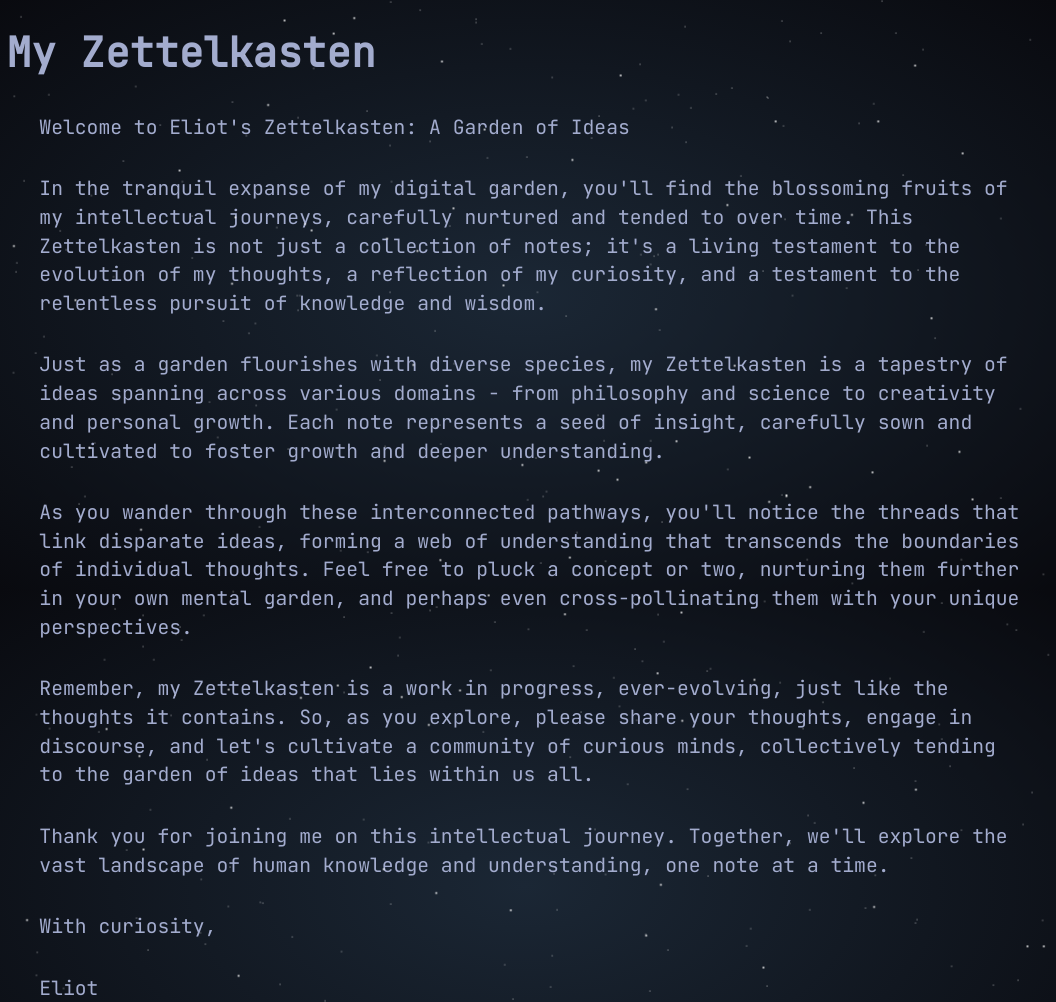
Repository: EliotKhachi/publicZk
Page: zettelkasten.html
The author's editor kept a copy of each file at every save. The page is drawn from the files as they stood at one save, then again after the next save.
The browser window is 1280 px wide. The page is 1288 px wide, so the pictures cover 1288 px, including what lies to the right of the window. The pictures show the whole page, at 82% of full size.

Above is the page before, as saved 2023-10-01 17:35:52.

### zettelkasten.html
<!DOCTYPE html>
<html lang="en">
  <head>
    <meta charset="UTF-8" />
    <meta name="viewport" content="width=device-width, initial-scale=1.0" />
    <meta http-equiv="X-UA-Compatible" content="ie=edge" />
    <title>Eliot Khachi</title>
    <link rel="stylesheet" type="text/css" href="./zettelkasten.css" />
    <link
      href="https://fonts.googleapis.com/css2?family=JetBrains+Mono:wght@400&display=swap"
      rel="stylesheet"
    />
  </head>
  <body>
    <div class="wrapper">
      <div id="stars"></div>
      <div id="stars2"></div>
      <div id="stars3"></div>
    </div>
    <div class="parent">
      <h1 id="title">My Zettelkasten</h1>
      <div class="container">
        <p>
          Welcome to Eliot's Zettelkasten: A Garden of Ideas</p>

<p>In the tranquil expanse of my digital garden, you'll find the blossoming fruits of my intellectual journeys, carefully nurtured and tended to over time. This Zettelkasten is not just a collection of notes; it's a living testament to the evolution of my thoughts, a reflection of my curiosity, and a testament to the relentless pursuit of knowledge and wisdom.</p>


<p>Just as a garden flourishes with diverse species, my Zettelkasten is a tapestry of ideas spanning across various domains - from philosophy and science to creativity and personal growth. Each note represents a seed of insight, carefully sown and cultivated to foster growth and deeper understanding.</p>


<p>As you wander through these interconnected pathways, you'll notice the threads that link disparate ideas, forming a web of understanding that transcends the boundaries of individual thoughts. Feel free to pluck a concept or two, nurturing them further in your own mental garden, and perhaps even cross-pollinating them with your unique perspectives.</p>

<p>Remember, my Zettelkasten is a work in progress, ever-evolving, just like the thoughts it contains. So, as you explore, please share your thoughts, engage in discourse, and let's cultivate a community of curious minds, collectively tending to the garden of ideas that lies within us all.</p>

<p>Thank you for joining me on this intellectual journey. Together, we'll explore the vast landscape of human knowledge and understanding, one note at a time.</p>

<p>With curiosity,</p>

<p>Eliot</p>
      </div>
    </div>
    <script src="script.js"></script>
  </body>
</html>

### zettelkasten.css
@import "stars.css"; /* BACKGROUND CSS */

/* CSS VARIABLES */
:root {
  --primary-color: #a3acce;
  --background-color-light: #1b2735;
  --background-color-medium: #091320;
  --background-color-dark: #090a0f;
  --text-opacity: 70%;
  --text-opacity-on-hover: 100%;
}

/* GENERAL CSS */
html {
    height: 100%;
    width: 100%;
}

img {
  width: 100%;
  height: 100%;
}

body {
  height: 100%;
  width: 100%;
  overflow: auto;
  background: radial-gradient(
    ellipse,
    var(--background-color-light) 0%,
    var(--background-color-dark) 100%
  );
  color: var(--primary-color);
  font-family: "JetBrains Mono", monospace;
}

h1 {
    margin-top: 20px;
    font-size: 50px;
}

h2 {
  margin: 20px;
  margin-bottom: 0px;
  font-size: 36px;
  line-height: 45px;
}

p {
  margin: 40px;
  font-size: 24px;
  line-height: 35px;
}

a {
  color: white;
  text-decoration: none;
}

a:hover {
  text-decoration: underline;
}

ul {
    font-size: 20px;
    line-height: 30px;

}

th, td {
    font-size: 20px;
    border: 3px solid var(--primary-color);
    padding: 8px;
    text-align: left;
}
th {
    font: bold;
    background-color: var(--primary-color);
    color: var(--background-color-dark);
}

Loaded but not shown: stars.css (507 lines, source omitted); script.js (no copy from this time; the picture is the same without it)

After the next save:
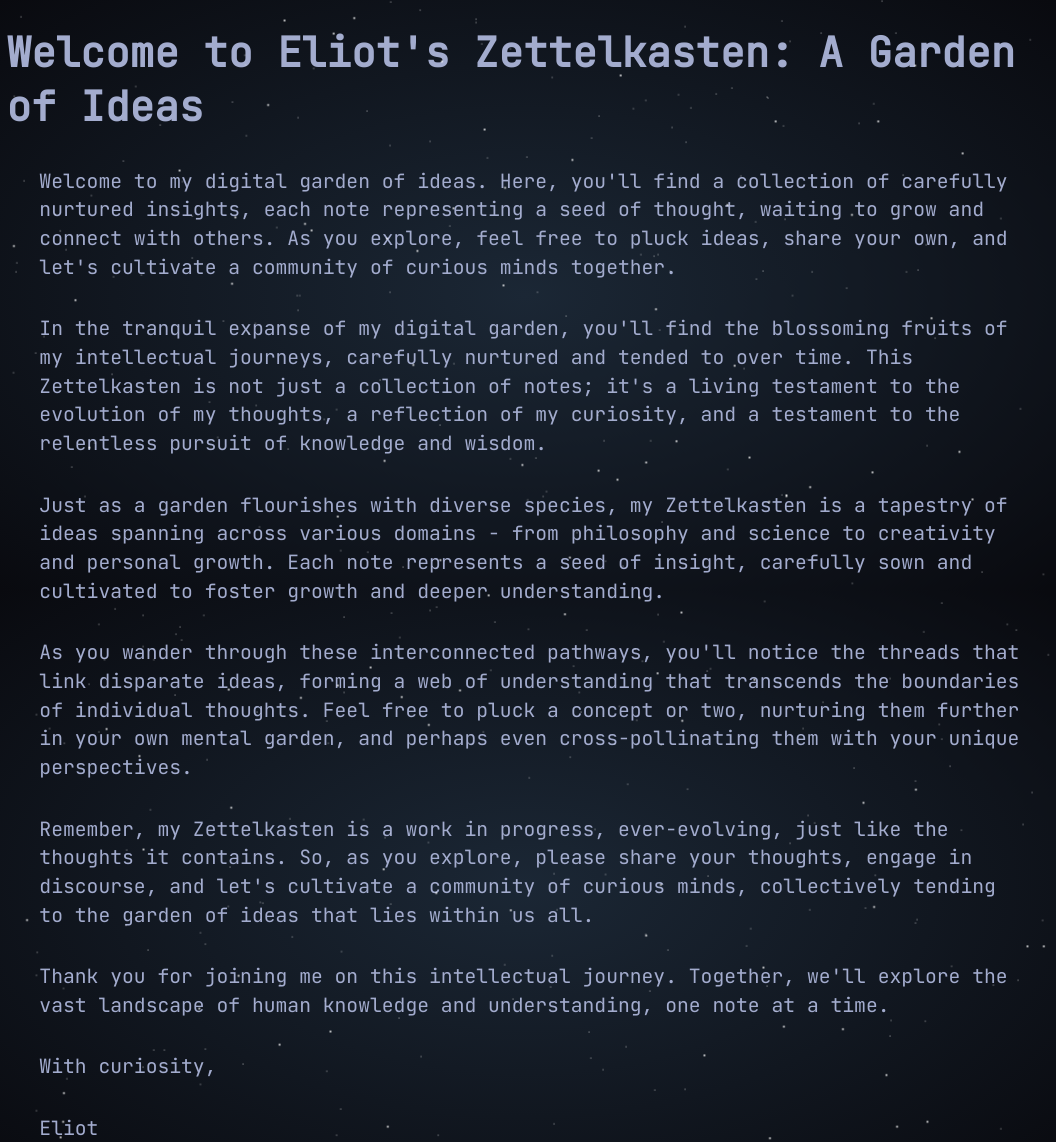
Saved 36 s later.
--- a/zettelkasten.html
+++ b/zettelkasten.html
@@ -18,10 +18,11 @@
       <div id="stars3"></div>
     </div>
     <div class="parent">
-      <h1 id="title">My Zettelkasten</h1>
+      <h1 id="title">Welcome to Eliot's Zettelkasten: A Garden of Ideas</h1>
       <div class="container">
         <p>
-          Welcome to Eliot's Zettelkasten: A Garden of Ideas</p>
+
+          <p>Welcome to my digital garden of ideas. Here, you'll find a collection of carefully nurtured insights, each note representing a seed of thought, waiting to grow and connect with others. As you explore, feel free to pluck ideas, share your own, and let's cultivate a community of curious minds together.</p>
 
 <p>In the tranquil expanse of my digital garden, you'll find the blossoming fruits of my intellectual journeys, carefully nurtured and tended to over time. This Zettelkasten is not just a collection of notes; it's a living testament to the evolution of my thoughts, a reflection of my curiosity, and a testament to the relentless pursuit of knowledge and wisdom.</p>
 
